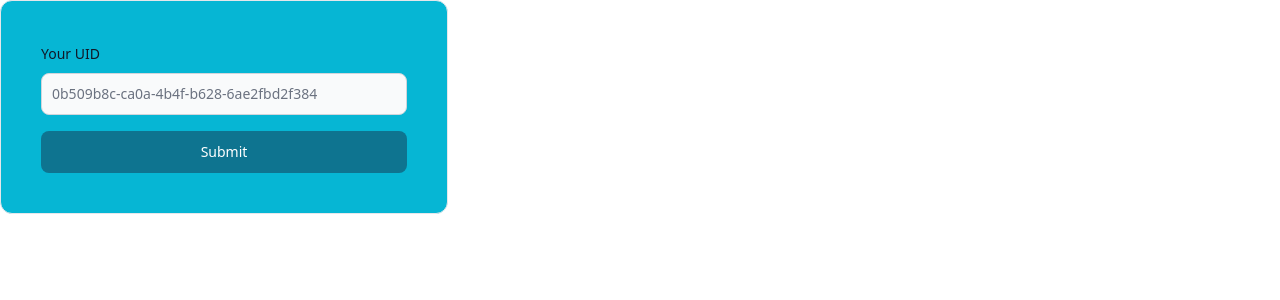
Repository: PrzemyslawJura/Frontend
Page: /
The author's editor kept a copy of each file at every save. The page is drawn from the files as they stood at one save, then again after the next save.
The browser window is 1280 px wide. The pictures show the whole page.
The project was rebuilt for these pictures with package versions that can differ from the ones it lists, and the page was loaded fresh each time. Also part of the build but not shown: vite.config.ts.

Above is the page before, as saved 2024-07-28 08:46:21.

After the next save:
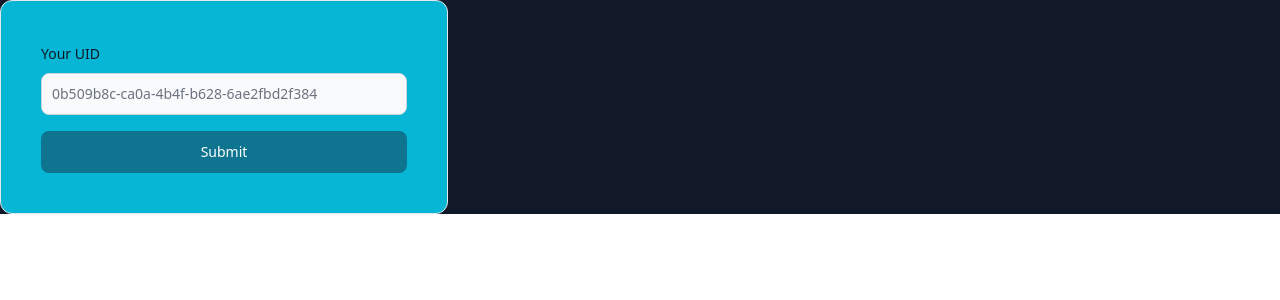
Saved 58 s later.
--- a/src/pages/Login/Login.tsx
+++ b/src/pages/Login/Login.tsx
@@ -3,7 +3,7 @@ import { LoginForm } from '../../components/form/LoginForm'
 function Login() {
   return (
     <>
-      <div className='bg-slate-900'>
+      <div className='bg-gray-900'>
         <div className="p-10 bg-cyan-500 max-w-md border rounded-xl">
           <LoginForm/>
         </div>
